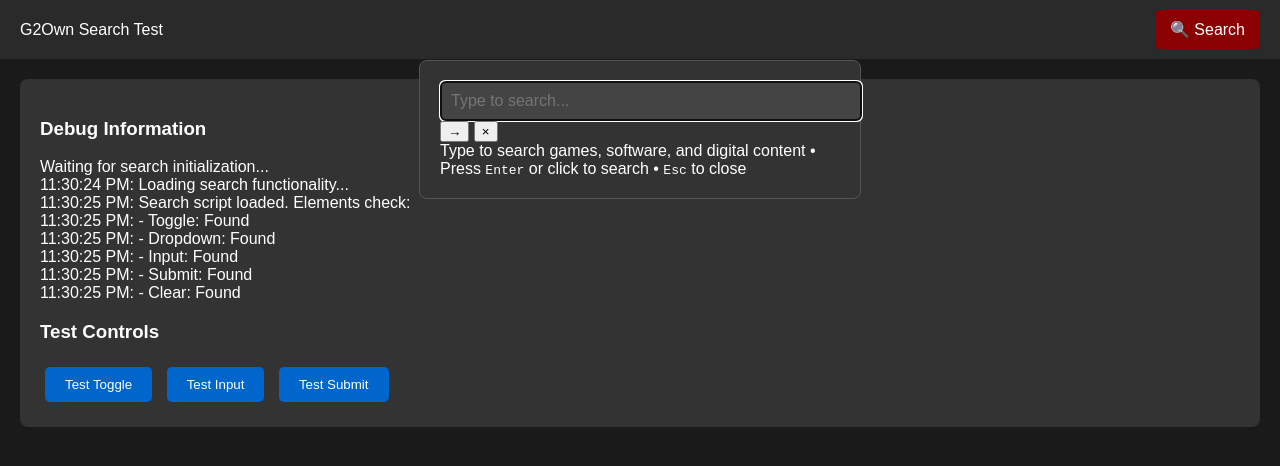
Repository: lowluds/designbykyle.com
Page: demos/g2own-platform/search-test.html
An editor plug-in stored every save of this project. The page is shown before and after the next save, followed by the edit.
The browser window is 1280 px wide. The pictures show the whole page.
After loading, the first visible `#top-search-toggle` was clicked once.

Above is the page before, as saved 2025-06-17 23:57:50.

### demos/g2own-platform/search-test.html
<!DOCTYPE html>
<html lang="en">
<head>
    <meta charset="UTF-8">
    <meta name="viewport" content="width=device-width, initial-scale=1.0">
    <title>Search Test - G2Own</title>
    <style>
        body {
            margin: 0;
            background: #1a1a1a;
            color: white;
            font-family: Arial, sans-serif;
        }

        .navbar {
            background: #2a2a2a;
            padding: 10px 20px;
            display: flex;
            align-items: center;
            justify-content: space-between;
        }

        .search-container {
            position: relative;
        }

        .search-btn {
            background: #8b0000;
            border: none;
            color: white;
            padding: 10px 15px;
            border-radius: 5px;
            cursor: pointer;
            font-size: 16px;
        }

        .search-dropdown {
            position: fixed;
            top: 60px;
            left: 50%;
            transform: translateX(-50%);
            width: 400px;
            background: #333;
            border: 1px solid #555;
            border-radius: 8px;
            padding: 20px;
            z-index: 1000;
        }

        .search-input {
            width: 100%;
            padding: 10px;
            border: 1px solid #555;
            border-radius: 5px;
            background: #444;
            color: white;
            font-size: 16px;
        }

        .debug {
            margin: 20px;
            padding: 20px;
            background: #333;
            border-radius: 8px;
        }

        .test-btn {
            background: #0066cc;
            color: white;
            border: none;
            padding: 10px 20px;
            margin: 5px;
            border-radius: 5px;
            cursor: pointer;
        }
    </style>
</head>
<body>
    <div class="navbar">
        <div>G2Own Search Test</div>
        <div class="search-container">
            <button class="search-btn" id="top-search-toggle">🔍 Search</button>
        </div>
    </div>

    <div class="search-dropdown" id="top-search-dropdown" style="display: none;">
        <div class="search-input-container">
            <input type="text" id="top-search-input" class="search-input" placeholder="Type to search...">
            <button class="search-submit" id="search-submit">→</button>
            <button class="search-clear" id="search-clear">×</button>
        </div>
    </div>

    <div class="debug">
        <h3>Debug Information</h3>
        <p id="debug-output">Waiting for search initialization...</p>

        <h3>Test Controls</h3>
        <button class="test-btn" onclick="testSearchToggle()">Test Toggle</button>
        <button class="test-btn" onclick="testSearchInput()">Test Input</button>
        <button class="test-btn" onclick="testSearchSubmit()">Test Submit</button>
    </div>

    <script>
        // Simple debug functions
        function updateDebug(message) {
            document.getElementById('debug-output').innerHTML += '<br>' + new Date().toLocaleTimeString() + ': ' + message;
        }

        function testSearchToggle() {
            const btn = document.getElementById('top-search-toggle');
            if (btn) {
                updateDebug('Clicking search toggle button...');
                btn.click();
            } else {
                updateDebug('ERROR: Search toggle button not found!');
            }
        }

        function testSearchInput() {
            const input = document.getElementById('top-search-input');
            if (input) {
                input.value = 'test search';
                updateDebug('Set input value to: ' + input.value);

                // Trigger Enter key
                const event = new KeyboardEvent('keypress', {
                    key: 'Enter',
                    code: 'Enter',
                    keyCode: 13
                });
                input.dispatchEvent(event);
                updateDebug('Triggered Enter key event');
            } else {
                updateDebug('ERROR: Search input not found!');
            }
        }

        function testSearchSubmit() {
            const btn = document.getElementById('search-submit');
            if (btn) {
                updateDebug('Clicking search submit button...');
                btn.click();
            } else {
                updateDebug('ERROR: Search submit button not found!');
            }
        }

        // Load the actual search.js
        updateDebug('Loading search functionality...');
    </script>

    <!-- Load the actual search script -->
    <script src="assets/js/search.js"></script>

    <script>
        // Add additional debugging after search.js loads
        setTimeout(() => {
            updateDebug('Search script loaded. Elements check:');
            updateDebug('- Toggle: ' + (document.getElementById('top-search-toggle') ? 'Found' : 'NOT FOUND'));
            updateDebug('- Dropdown: ' + (document.getElementById('top-search-dropdown') ? 'Found' : 'NOT FOUND'));
            updateDebug('- Input: ' + (document.getElementById('top-search-input') ? 'Found' : 'NOT FOUND'));
            updateDebug('- Submit: ' + (document.getElementById('search-submit') ? 'Found' : 'NOT FOUND'));
            updateDebug('- Clear: ' + (document.getElementById('search-clear') ? 'Found' : 'NOT FOUND'));
        }, 1000);
    </script>
</body>
</html>

### demos/g2own-platform/assets/js/search.js
/* G2Own Search Functionality - Working Implementation
 * Search dropdown that appears below the navbar
 * Syncs with https://g2own.com/community/search/
 */

document.addEventListener('DOMContentLoaded', function() {
    console.log('Initializing G2Own search functionality...');

    // Wait a bit to ensure other scripts have loaded and avoid conflicts
    setTimeout(() => {
        // Initialize only the top search (left search removed for redundancy)
        initializeTopSearch();
    }, 200);

    function initializeTopSearch() {
        const searchToggle = document.getElementById('top-search-toggle');
        const searchDropdown = document.getElementById('top-search-dropdown');
        const searchInput = document.getElementById('top-search-input');
        const searchClear = document.getElementById('search-clear');
        const searchSubmit = document.getElementById('search-submit');
          console.log('Search elements found:', {
            searchToggle: !!searchToggle,
            searchDropdown: !!searchDropdown,
            searchInput: !!searchInput,
            searchClear: !!searchClear,
            searchSubmit: !!searchSubmit
        });

        // Additional debugging
        if (searchToggle) {
            console.log('Search toggle element:', searchToggle);
            console.log('Search toggle computed style:', window.getComputedStyle(searchToggle));
            console.log('Search toggle pointer events:', window.getComputedStyle(searchToggle).pointerEvents);
        }

        if (!searchToggle || !searchDropdown || !searchInput) {
            console.log('Search elements not found - aborting initialization');
            return;
        }

        console.log('Initializing top search dropdown');
        let isSearchOpen = false;        // Toggle search dropdown visibility
        searchToggle.addEventListener('click', function(e) {
            console.log('🔍 SEARCH BUTTON CLICKED!');
            e.preventDefault();
            e.stopPropagation();

            console.log(`Search button clicked, isOpen: ${isSearchOpen}`);

            if (!isSearchOpen) {
                openSearch();
            } else {
                closeSearch();
            }
        });

        // Add additional click handler for debugging
        searchToggle.addEventListener('mousedown', function(e) {
            console.log('🖱️ Search button mousedown event triggered');
        });

        searchToggle.addEventListener('mouseup', function(e) {
            console.log('🖱️ Search button mouseup event triggered');
        });

        console.log('✅ Search toggle event listeners attached successfully');// Clear search button
        if (searchClear) {
            searchClear.addEventListener('click', function(e) {
                e.preventDefault();
                clearSearch();
            });
        }

        // Submit search button
        if (searchSubmit) {
            searchSubmit.addEventListener('click', function(e) {
                e.preventDefault();
                const query = searchInput.value.trim();
                console.log(`Submit button clicked with query: "${query}"`);
                if (query) {
                    // Add loading state to submit button
                    searchSubmit.classList.add('loading');
                    const submitIcon = searchSubmit.querySelector('i');
                    if (submitIcon) {
                        submitIcon.className = 'ph ph-spinner';
                    }

                    performSearch(query);
                }
            });
        }// Handle Enter key in search input
        searchInput.addEventListener('keypress', function(e) {
            if (e.key === 'Enter') {
                e.preventDefault();
                const query = searchInput.value.trim();
                console.log(`Enter pressed with query: "${query}"`);
                if (query) {
                    // Add loading state to search button
                    searchToggle.classList.add('loading');
                    const searchIcon = searchToggle.querySelector('i');
                    if (searchIcon) {
                        searchIcon.className = 'ph ph-spinner nav-gaming-icon';
                    }

                    performSearch(query);
                }
            }
        });

        // Handle Escape key to close search
        searchInput.addEventListener('keydown', function(e) {
            if (e.key === 'Escape') {
                console.log('Escape pressed, closing search');
                closeSearch();
            }
        });

        // Close search when clicking outside
        document.addEventListener('click', function(e) {
            if (isSearchOpen &&
                !searchDropdown.contains(e.target) &&
                !searchToggle.contains(e.target)) {
                console.log('Clicking outside, closing search');
                closeSearch();
            }
        });

        // Show/hide clear button based on input
        searchInput.addEventListener('input', function() {
            const value = this.value.trim();

            if (searchClear) {
                if (value.length > 0) {
                    searchClear.classList.add('visible');
                    searchInput.style.borderColor = '#8B0000';
                    searchInput.style.boxShadow = '0 0 15px rgba(139, 0, 0, 0.3)';
                } else {
                    searchClear.classList.remove('visible');
                    searchInput.style.borderColor = 'rgba(255, 255, 255, 0.2)';
                    searchInput.style.boxShadow = 'none';
                }
            }
        });        function openSearch() {
            console.log('Opening search dropdown');

            // Reset any loading states
            searchToggle.classList.remove('loading');
            const searchIcon = searchToggle.querySelector('i');
            if (searchIcon) {
                searchIcon.className = 'ph ph-magnifying-glass nav-gaming-icon';
            }

            if (searchSubmit) {
                searchSubmit.classList.remove('loading');
                const submitIcon = searchSubmit.querySelector('i');
                if (submitIcon) {
                    submitIcon.className = 'ph ph-arrow-right';
                }
            }

            // Show and animate the dropdown
            searchDropdown.style.display = 'block';

            // Small delay to ensure display is set before adding active class
            setTimeout(() => {
                searchDropdown.classList.add('active');
                searchToggle.classList.add('active');
                searchInput.focus();
                isSearchOpen = true;

                // Add instructions if not present
                addSearchInstructions();

                console.log('Search dropdown opened and focused');
            }, 10);

            // Track search open event
            trackSearchEvent('search_opened', { source: 'top_nav' });
        }

        function closeSearch() {
            console.log('Closing search dropdown');

            searchDropdown.classList.remove('active');
            searchToggle.classList.remove('active');

            setTimeout(() => {
                searchDropdown.style.display = 'none';
                isSearchOpen = false;
                console.log('Search dropdown closed and hidden');
            }, 300);

            // Track search close event
            trackSearchEvent('search_closed', { source: 'top_nav' });
        }

        function clearSearch() {
            console.log('Clearing search input');
            searchInput.value = '';
            searchClear.classList.remove('visible');
            searchInput.style.borderColor = 'rgba(255, 255, 255, 0.2)';
            searchInput.style.boxShadow = 'none';
            searchInput.focus();

            // Track search clear event
            trackSearchEvent('search_cleared', { source: 'top_nav' });
        }        function performSearch(query) {
            console.log('Performing search for query:', query);

            // Validate search query
            if (!query || query.trim().length === 0) {
                console.log('Empty search query, not performing search');
                return;
            }

            // Encode the search query for URL
            const encodedQuery = encodeURIComponent(query.trim());

            // Create the search URL for G2Own community
            const searchUrl = `https://g2own.com/community/search/?q=${encodedQuery}`;

            console.log('Redirecting to:', searchUrl);

            // Track search event
            trackSearchEvent('search_performed', {
                search_term: query.trim(),
                source: 'top_nav',
                url: searchUrl
            });

            // Close search dropdown before redirecting
            closeSearch();

            // Add small delay for better UX
            setTimeout(() => {
                // Open search results in current window
                window.location.href = searchUrl;
            }, 100);
        }        function addSearchInstructions() {
            // Check if instructions already exist
            if (searchDropdown.querySelector('.search-instructions')) {
                return;
            }

            const instructions = document.createElement('div');
            instructions.className = 'search-instructions';
            instructions.innerHTML = 'Type to search games, software, and digital content • Press <kbd>Enter</kbd> or click <i class="ph ph-arrow-right"></i> to search • <kbd>Esc</kbd> to close';

            searchDropdown.appendChild(instructions);
        }

        console.log('Top search initialized successfully');
    }

    // Add keyboard shortcut for search (Ctrl+K or Cmd+K)
    document.addEventListener('keydown', function(e) {
        if ((e.ctrlKey || e.metaKey) && e.key === 'k') {
            e.preventDefault();
            console.log('Keyboard shortcut triggered (Ctrl/Cmd+K)');
            const topSearchToggle = document.getElementById('top-search-toggle');
            if (topSearchToggle) {
                topSearchToggle.click();
            }
        }
    });

    // Analytics tracking function
    function trackSearchEvent(action, parameters = {}) {
        console.log('Tracking search event:', action, parameters);

        // Google Analytics 4 event tracking
        if (typeof gtag !== 'undefined') {
            gtag('event', action, {
                event_category: 'search',
                ...parameters
            });
        }

        // Custom analytics if available
        if (window.g2ownAnalytics && typeof window.g2ownAnalytics.track === 'function') {
            window.g2ownAnalytics.track('search', action, parameters);
        }
    }

    console.log('G2Own search functionality initialized successfully');
});

After the next save:
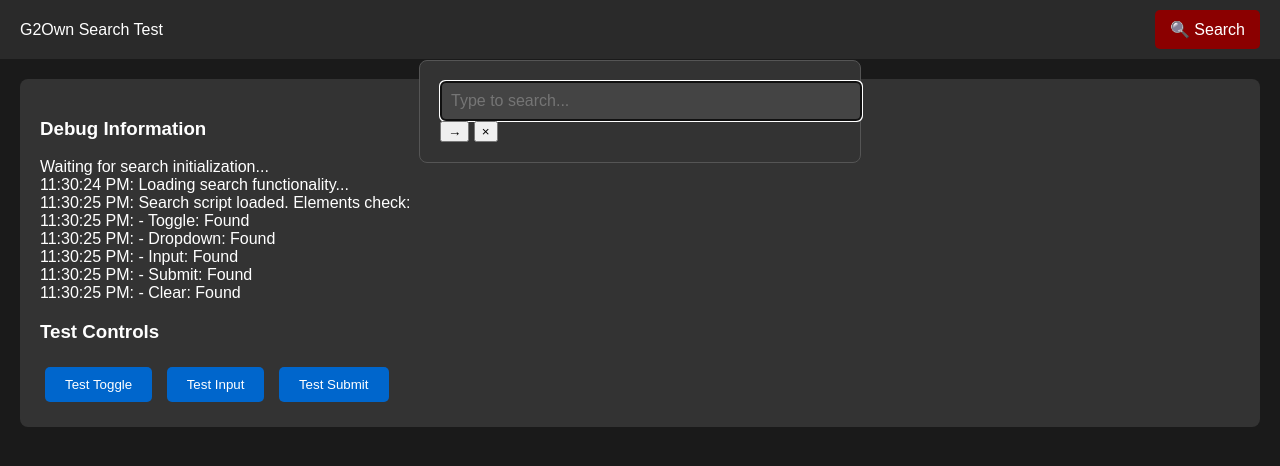
Saved 20 s later.
--- a/demos/g2own-platform/assets/js/search.js
+++ b/demos/g2own-platform/assets/js/search.js
@@ -63,7 +63,46 @@ document.addEventListener('DOMContentLoaded', function() {
             console.log('🖱️ Search button mouseup event triggered');
         });
 
-        console.log('✅ Search toggle event listeners attached successfully');// Clear search button
+        console.log('✅ Search toggle event listeners attached successfully');
+
+        // Force event listener attachment (backup approach)
+        setTimeout(() => {
+            console.log('🔧 Applying backup event listener...');
+            const backupToggle = document.getElementById('top-search-toggle');
+            if (backupToggle) {
+                // Remove any existing listeners and add our own
+                const newButton = backupToggle.cloneNode(true);
+                backupToggle.parentNode.replaceChild(newButton, backupToggle);
+
+                newButton.addEventListener('click', function(e) {
+                    console.log('🆘 BACKUP CLICK HANDLER TRIGGERED!');
+                    e.preventDefault();
+                    e.stopPropagation();
+
+                    const dropdown = document.getElementById('top-search-dropdown');
+                    const input = document.getElementById('top-search-input');
+
+                    if (dropdown && input) {
+                        if (dropdown.style.display === 'none' || !dropdown.classList.contains('active')) {
+                            dropdown.style.display = 'block';
+                            setTimeout(() => {
+                                dropdown.classList.add('active');
+                                input.focus();
+                                console.log('🎯 Search dropdown opened via backup handler');
+                            }, 10);
+                        } else {
+                            dropdown.classList.remove('active');
+                            setTimeout(() => {
+                                dropdown.style.display = 'none';
+                                console.log('🎯 Search dropdown closed via backup handler');
+                            }, 300);
+                        }
+                    }
+                });
+
+                console.log('🔧 Backup event listener attached successfully');
+            }
+        }, 500);// Clear search button
         if (searchClear) {
             searchClear.addEventListener('click', function(e) {
                 e.preventDefault();
